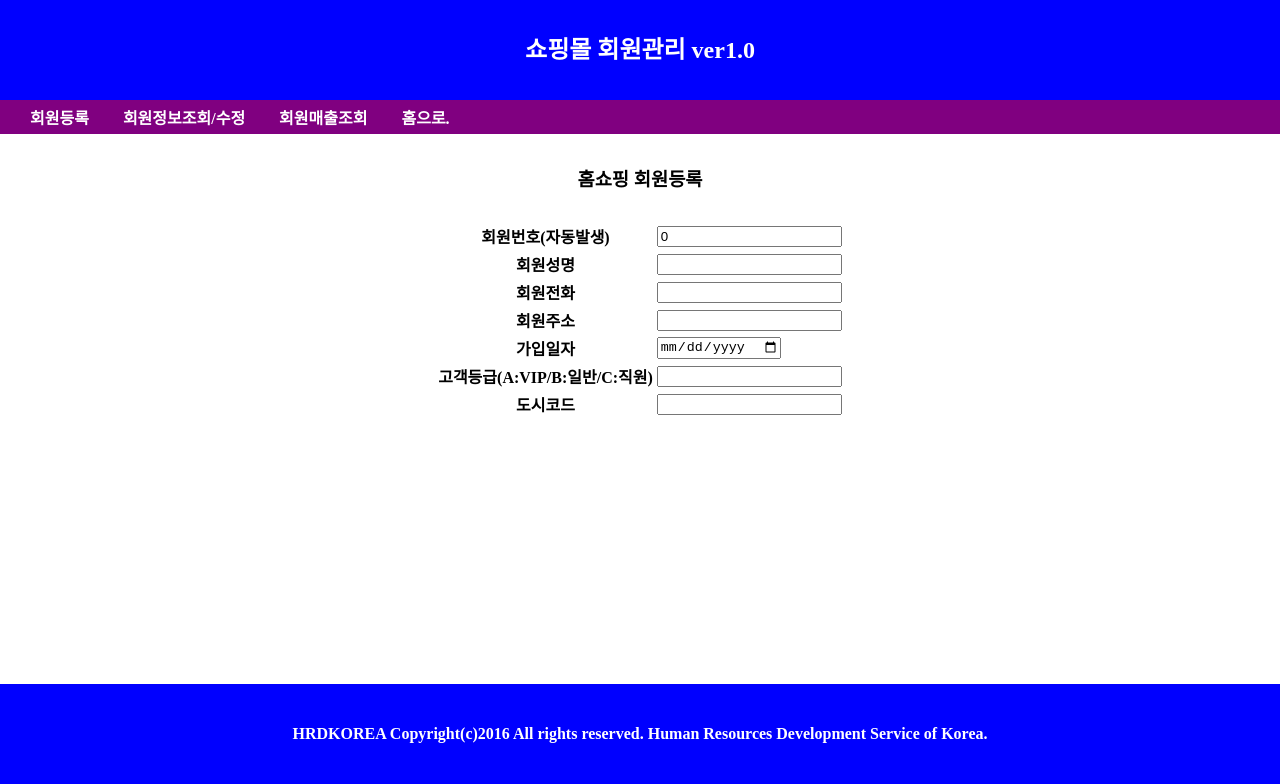
Repository: brightjy/Today-what-I-practiced
Page: http://localhost/HRD_7/view/register.jsp
The author's editor kept a copy of each file at every save. The page is drawn from the files as they stood at one save, then again after the next save.
The browser window is 1280 px wide. The pictures show the whole page.
The page is served by Tomcat 9. Other server files are loaded and not shown. Queries for data that is not in the repository find no rows.

Above is the page before, as saved 2020-05-18 11:50:12.

### hrdkorea_0518/HRD_7/WebContent/view/register.jsp
<%@page import="com.hrd.dao.MemberDao"%>
<%@ page language="java" contentType="text/html; charset=UTF-8"
    pageEncoding="UTF-8"%>
<% String conPath = request.getContextPath(); %>
<!DOCTYPE html>
<html>
<head>
<meta charset="UTF-8">
<title>Insert title here</title>
</head>
<body>
<jsp:include page="header.jsp"></jsp:include>
<section>
<div>
	<h3>홈쇼핑 회원등록</h3>
	<form action="<%=conPath %>/pro/register.jsp" method="get" name="info">
	<%
		MemberDao mDao = MemberDao.getInstance();
		int custno = mDao.custno();
	%>
		<table>
			<tr>
				<th>회원번호(자동발생)</th>
				<td><input type="text" name="custno" value="<%=custno%>"></td>
			</tr>
			<tr>
				<th>회원성명</th>
				<td><input type="text" name="custname"></td>
			</tr>
			<tr>
				<th>회원전화</th>
				<td><input type="text" name="phone"></td>
			</tr>
			<tr>
				<th>회원주소</th>
				<td><input type="text" name="address"></td>
			</tr>
			<tr>
				<th>가입일자</th>
				<td><input type="date" name="joindate"></td>
			</tr>
			<tr>
				<th>고객등급(A:VIP/B:일반/C:직원)</th>
				<td><input type="text" name="grade"></td>
			</tr>
			<tr>
				<th>도시코드</th>
				<td><input type="text" name="city"></td>
			</tr>
		</table>
	</form>
</div>
</section>
<jsp:include page="footer.jsp"></jsp:include>
</body>
</html>

### hrdkorea_0518/HRD_7/WebContent/view/header.jsp
<%@ page language="java" contentType="text/html; charset=UTF-8"
    pageEncoding="UTF-8"%>
<% String conPath = request.getContextPath(); %>
<!DOCTYPE html>
<html>
<head>
<meta charset="UTF-8">
<title>Insert title here</title>
<style>
*{margin:0 auto;}
header, footer{background-color:blue; height:100px; line-height:100px; text-align:center;}
h2, h4, a{color:white;}
nav{padding:5px 0 5px 30px; background-color:purple;}
nav a{padding-right:30px; text-decoration: none; font-weight:bold;}
section{height:550px;}
div{padding:30px;}
h3{text-align:center; padding:0 0 30px 0;}
</style>
</head>
<body>
<header>
	<h2>쇼핑몰 회원관리 ver1.0</h2>
</header>
<nav>
	<a href="<%=conPath %>/view/register.jsp">회원등록</a>
	<a href="<%=conPath %>/view/memberList.jsp">회원정보조회/수정</a>
	<a href="<%=conPath %>/view/sumPriceList.jsp">회원매출조회</a>
	<a href="<%=conPath %>/view/main.jsp">홈으로.</a>
</nav>
</body>
</html>

### hrdkorea_0518/HRD_7/WebContent/view/footer.jsp
<%@ page language="java" contentType="text/html; charset=UTF-8"
    pageEncoding="UTF-8"%>
<!DOCTYPE html>
<html>
<head>
<meta charset="UTF-8">
<title>Insert title here</title>
</head>
<body>
<footer>
	<h4>HRDKOREA Copyright(c)2016 All rights reserved. Human Resources Development Service of Korea.</h4>
</footer>
</body>
</html>

### hrdkorea_0518/HRD_7/src/com/hrd/dao/MemberDao.java
package com.hrd.dao;

import java.sql.Connection;
import java.sql.Date;
import java.sql.DriverManager;
import java.sql.PreparedStatement;
import java.sql.ResultSet;
import java.util.ArrayList;

import com.hrd.dto.MemberDto;
import com.hrd.dto.SumPriceDto;

public class MemberDao {
	// 싱글톤
	private static MemberDao instance = new MemberDao();
	private MemberDao() {}
	public static MemberDao getInstance() {
		return instance;
	}
	// 데이터 연결
	public static Connection getConnection() throws Exception {
		Class.forName("oracle.jdbc.OracleDriver");
		Connection con = DriverManager.getConnection
				("jdbc:oracle:thin:@//localhost:1521/xe", "system", "1234");
		return con;
	}
	// 회원번호 자동생성
	public int custno() {
		int custno = 0;

		Connection conn = null;
		PreparedStatement pstmt = null;
		ResultSet rs = null;
		String sql = "SELECT MAX(CUSTNO)+1 CUSTNO FROM MEMBER_TBL_02";


		try {
			conn = getConnection();
			pstmt = conn.prepareStatement(sql);
			rs = pstmt.executeQuery();
			if(rs.next()) {
				custno = rs.getInt("custno");
			}
		} catch (Exception e) {
			System.out.println(e.getMessage());
		} finally {
			try {
				if(conn!=null) conn.close();
				if(pstmt!=null) pstmt.close();
				if(rs!=null) rs.close();
			}catch(Exception e) {
				System.out.println(e.getMessage());
			}
		}
		return custno;
	}
	// 회원등록
	public int registerMember(String custname, String phone, String address, Date joindate, String grade, String city) {
		int result = 0;
		Connection conn = null;
		PreparedStatement pstmt = null;
		String sql = "INSERT INTO MEMBER_TBL_02" +
				"    VALUES (CUSTNO_SQ.NEXTVAL, ?, ?, ?, ?, ?, ?)";
		try {
			conn = getConnection();
			pstmt = conn.prepareStatement(sql);
			pstmt.setString(1, custname);
			pstmt.setString(2, phone);
			pstmt.setString(3, address);
			pstmt.setDate(4, joindate);
			pstmt.setString(5, grade);
			pstmt.setString(6, city);
			result = pstmt.executeUpdate();
			System.out.println(result==1?"등록성공":"등록실패");
		} catch (Exception e) {
			System.out.println(e.getMessage());
		}
		return result;
	}
	// 회원목록 조회
	public ArrayList<MemberDto> memberList(){
		ArrayList<MemberDto> dtos = new ArrayList<MemberDto>();
		Connection conn = null;
		PreparedStatement pstmt = null;
		ResultSet rs = null;
		String sql = "SELECT*FROM MEMBER_TBL_02 ORDER BY CUSTNO";
		try {
			conn = getConnection();
			pstmt = conn.prepareStatement(sql);
			rs = pstmt.executeQuery();
			while(rs.next()) {
				int custno = rs.getInt("custno");
				String custname = rs.getString("custname");
				String phone = rs.getString("phone");
				String address = rs.getString("address");
				Date joindate = rs.getDate("joindate");
				String grade = rs.getString("grade");
				String city = rs.getString("city");
				dtos.add(new MemberDto(custno, custname, phone, address, joindate, grade, city));
			}
		} catch (Exception e) {
			System.out.println(e.getMessage());
		} finally {
			try {
				if(conn!=null) conn.close();
				if(pstmt!=null) pstmt.close();
				if(rs!=null) rs.close();
			}catch(Exception e) {
				System.out.println(e.getMessage());
			}
		}
		return dtos;
	}
	// 회원정보 불러오기
	public MemberDto getMember(String custnoStr) {
		MemberDto dto = new MemberDto();
		Connection conn = null;
		PreparedStatement pstmt = null;
		ResultSet rs = null;
		String sql = "SELECT*FROM MEMBER_TBL_02 WHERE CUSTNO=?";
		try {
			conn = getConnection();
			pstmt = conn.prepareStatement(sql);
			pstmt.setString(1, custnoStr);
			rs = pstmt.executeQuery();
			while(rs.next()) {
				int custno = rs.getInt("custno");
				String custname = rs.getString("custname");
				String phone = rs.getString("phone");
				String address = rs.getString("address");
				Date joindate = rs.getDate("joindate");
				String grade = rs.getString("grade");
				String city = rs.getString("city");
				dto = new MemberDto(custno, custname, phone, address, joindate, grade, city);
			}
		} catch (Exception e) {
			System.out.println(e.getMessage());
		} finally {
			try {
				if(conn!=null) conn.close();
				if(pstmt!=null) pstmt.close();
				if(rs!=null) rs.close();
			}catch(Exception e) {
				System.out.println(e.getMessage());
			}
		}
		return dto;
	}
	// 회원정보 수정
	public int updateMember(String custname, String phone, String address, Date joindate, String grade, String city, String custnoStr) {
		int result = 0;
		Connection conn = null;
		PreparedStatement pstmt = null;
		String sql = "UPDATE MEMBER_TBL_02 SET" +
				"    CUSTNAME=?," +
				"    PHONE=?," +
				"    ADDRESS=?," +
				"    JOINDATE=?," +
				"    GRADE=?," +
				"    CITY=?" +
				"    WHERE CUSTNO=?";
		try {
			conn = getConnection();
			pstmt = conn.prepareStatement(sql);
			pstmt.setString(1, custname);
			pstmt.setString(2, phone);
			pstmt.setString(3, address);
			pstmt.setDate(4, joindate);
			pstmt.setString(5, grade);
			pstmt.setString(6, city);
			pstmt.setString(7, custnoStr);
			result = pstmt.executeUpdate();
			System.out.println(result==1?"수정성공":"수정실패");
		} catch (Exception e) {
			System.out.println(e.getMessage());
		}
		return result;
	}
	// 회원매출 정보 조회(custno, custname, grade, sum(price))
	public ArrayList<SumPriceDto> sumPriceList(){
		ArrayList<SumPriceDto> dtos = new ArrayList<SumPriceDto>();
		Connection conn = null;
		PreparedStatement pstmt = null;
		ResultSet rs = null;
		String sql = "SELECT ME.CUSTNO CUSTNO, CUSTNAME, GRADE, SUM(PRICE) SUM_PRICE" +
				"    FROM MEMBER_TBL_02 ME, MONEY_TBL_02 MO" +
				"    WHERE ME.CUSTNO=MO.CUSTNO" +
				"    GROUP BY ME.CUSTNO, CUSTNAME, GRADE" +
				"    HAVING SUM(PRICE)>0" +
				"    ORDER BY SUM(PRICE) DESC";
		try {
			conn = getConnection();
			pstmt = conn.prepareStatement(sql);
			rs = pstmt.executeQuery();
			while(rs.next()) {
				int custno = rs.getInt("custno");
				String custname = rs.getString("custname");
				int sum_price =rs.getInt("sum_price");
				dtos.add(new SumPriceDto(custno, custname, sum_price));
			}
		} catch (Exception e) {
			System.out.println(e.getMessage());
		} finally {
			try {
				if(conn!=null) conn.close();
				if(pstmt!=null) pstmt.close();
				if(rs!=null) rs.close();
			}catch(Exception e) {
				System.out.println(e.getMessage());
			}
		}
		return dtos;
	}
}

After the next save:
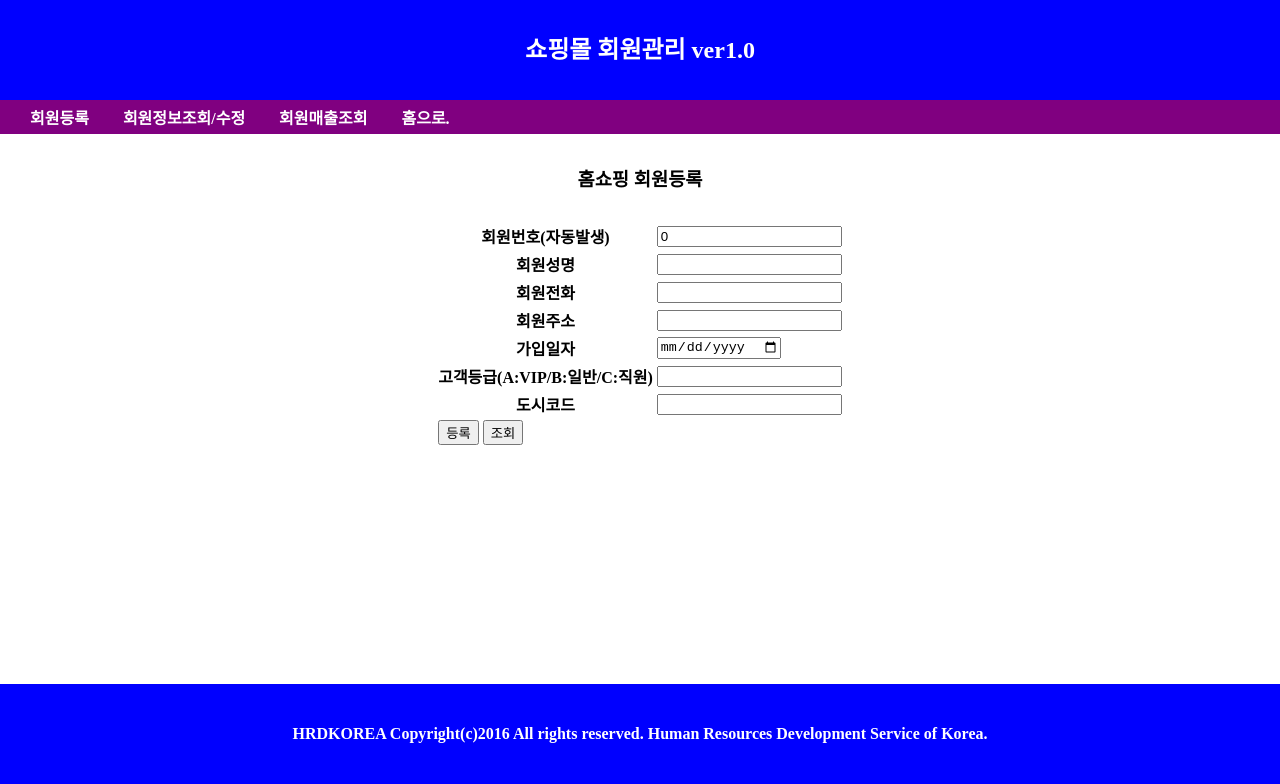
Saved 107 s later.
--- a/hrdkorea_0518/HRD_7/WebContent/view/register.jsp
+++ b/hrdkorea_0518/HRD_7/WebContent/view/register.jsp
@@ -47,6 +47,12 @@
 				<th>도시코드</th>
 				<td><input type="text" name="city"></td>
 			</tr>
+			<tr>
+				<td colspan="2">
+					<input type="button" value="등록" onclick="infoConfirm()">
+					<input type="button" value="조회" onclick="location.href='<%=conPath %>/view/memberList.jsp'">
+				</td>
+			</tr>
 		</table>
 	</form>
 </div>
